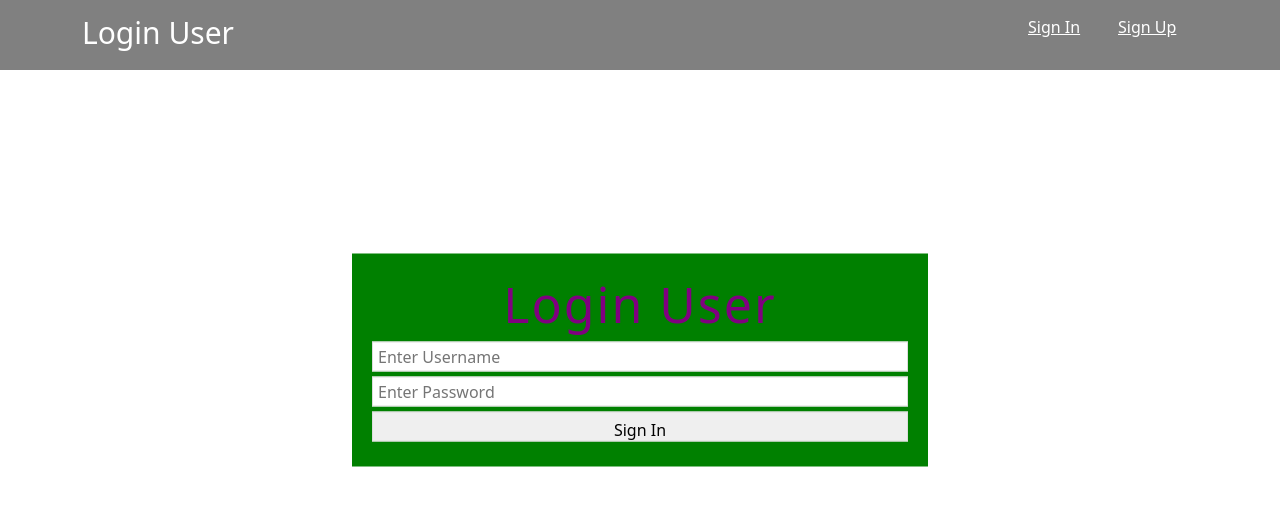
Repository: Ahmed123rezk123/App_Js
Page: login.html
The author's editor kept a copy of each file at every save. The page is drawn from the files as they stood at one save, then again after the next save.
The browser window is 1280 px wide. The pictures show the whole page.
The pointer rests on the first visible `.section-form form input[type="submit"]`.

Above is the page before, as saved 2024-03-22 23:29:18.

### login.html
<!DOCTYPE html>
<html lang="en">
  <head>
    <meta charset="UTF-8" />
    <meta name="viewport" content="width=device-width, initial-scale=1.0" />
    <title>Login Page</title>
    <link rel="stylesheet" href="css/style.css" />
    <link rel="stylesheet" href="css/all.css" />
    <link
      href="https://cdn.jsdelivr.net/npm/bootstrap@5.3.3/dist/css/bootstrap.min.css"
      rel="stylesheet"
    />
  </head>
  <body>
    <header>
      <div class="container">
        <div class="header-content">
          <a href="index.html" class="brand">Login User</a>
          <nav>
            <ul class="link">
              <li><a href="login.html">Sign In</a></li>
              <li><a href="register.html">Sign Up</a></li>
            </ul>
          </nav>
        </div>
      </div>
    </header>
        <section class="section-form">
            <h2>Login User</h2>
            <form>
                <input type="text" placeholder="Enter Username" id="username">
                <input type="password" placeholder="Enter Password" id="password">
                <input type="submit" value="Sign In" id="sign_in">
            </form>
        </section>

        <script src="https://cdn.jsdelivr.net/npm/bootstrap@5.3.3/dist/js/bootstrap.bundle.min.js"></script>
  </body>
</html>

### css/style.css
* {
    margin: 0;
    padding: 0;
    box-sizing: border-box;
}

.container {
    width: 80%;
    margin: auto;
}
header {
    height: 70px;
    background-color: gray;
    padding: 10px 0;
}
.header-content {
    display: flex;
    justify-content: space-between;
    /* align-items: center; */
}
.header-content .brand {
    font-size: 30px;
    color: white;
    text-decoration: none;

}

nav ul {
    display: flex;
    list-style: none;

}
nav  li a {
    display: block;
    color: white;
    min-width: 80px;
    /* text-decoration: none; */
    margin: 0px 5px;
    padding: 5px;

}
/* form */
.section-form {
    position: absolute;
    top: 50%;
    left: 50%;
    transform: translate(-50%,-50%);
    width: 45%;
    text-align: center;
    background-color: green;
    padding: 20px;
}
.section-form h2 {
    font-size: 50px;
    letter-spacing: 2px;
    color: purple;
}
.section-form form input {
display: block;
width: 100%;
margin: 5px 0px;
height: 30px;
padding: 5px;
border: 1px solid #ddd;
outline: none;
}

.section-form form input[type="submit"]:hover {

}

Loaded but not shown: css/all.css (library)

After the next save:
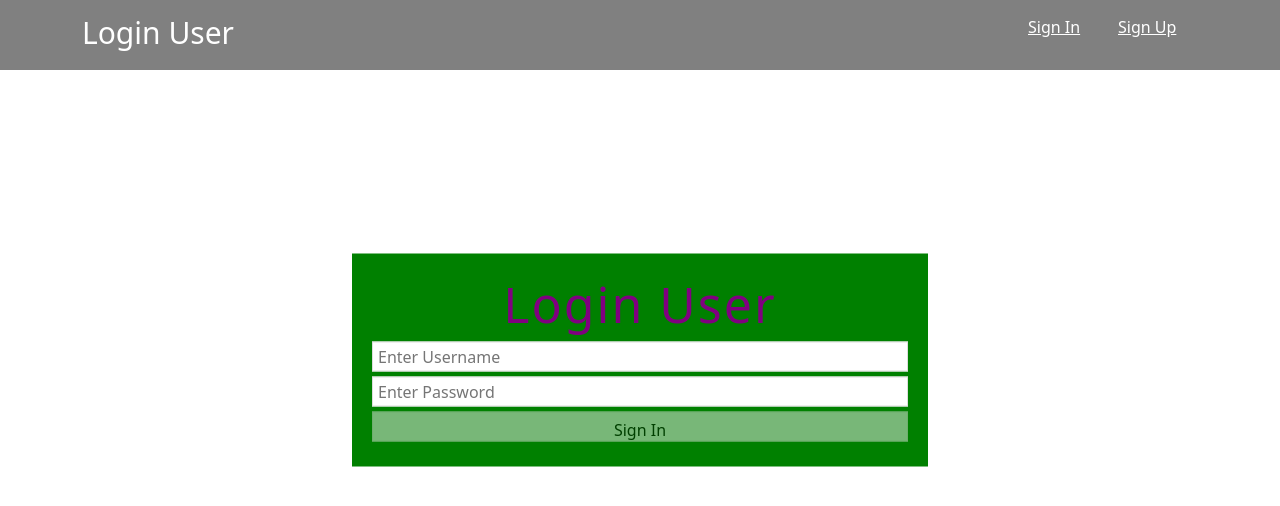
Saved 5 s later.
--- a/css/style.css
+++ b/css/style.css
@@ -66,5 +66,5 @@ outline: none;
 }
 
 .section-form form input[type="submit"]:hover {
-
+    opacity: .5;
 }
